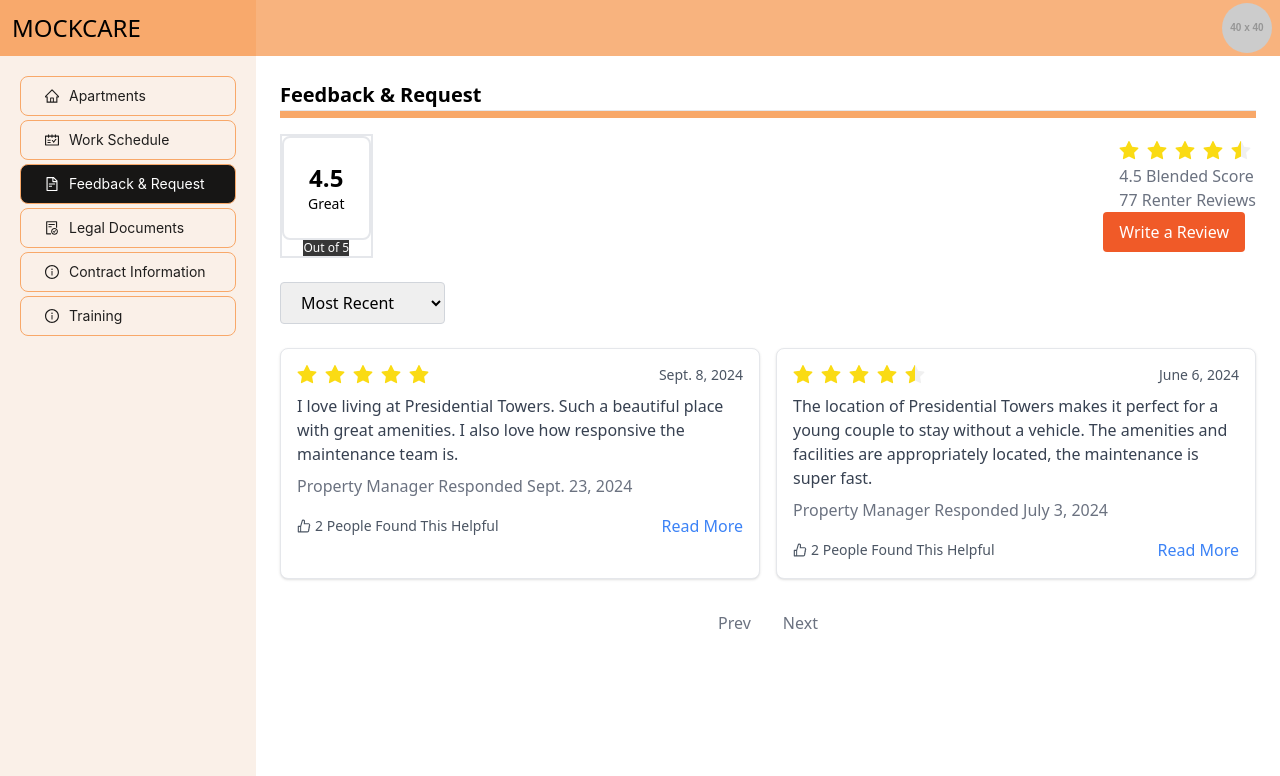
Repository: dunh-real/MockProject_102024_Nhom4
Page: / (app in frontend/)
An editor plug-in stored every save of this project. The page is shown before and after the next save, followed by the edit.
The browser window is 1280 px wide. The pictures show the whole page.
The project was rebuilt for these pictures with package versions that can differ from the ones it lists, and the page was loaded fresh each time. Also part of the build but not shown: frontend/vite.config.js, frontend/vite.config.ts, frontend/src/App.css, frontend/src/component/ReviewModal.tsx.

Above is the page before, as saved 2024-10-09 13:08:05.

### frontend/src/App.tsx

import './App.css'
import ReviewList from './pages/Feedback&Request/Feedback&Request'
// import LoginForm from './pages/Login/Login'

function App() {


  return (
    <>
      {/* <LoginForm/> */}
      <ReviewList/>
    </>
  )
}

export default App

### frontend/src/pages/Feedback&Request/Feedback&Request.tsx
import React, { useState } from 'react';
import { Rate } from 'antd'; // Dùng Antd cho Rate, có thể thay thế bằng biểu tượng của Tailwind nếu cần
import { LikeOutlined } from '@ant-design/icons';
import ReviewModal from '../../component/ReviewModal';
import Sidebar from '../../component/Sidebar';

interface Review {
    date: string;
    rating: number;
    text: string;
    managerResponse: string;
    helpfulCount: number;
}

const reviews: Review[] = [
    {
        date: 'Sept. 8, 2024',
        rating: 5,
        text: 'I love living at Presidential Towers. Such a beautiful place with great amenities. I also love how responsive the maintenance team is.',
        managerResponse: 'Property Manager Responded Sept. 23, 2024',
        helpfulCount: 2,
    },
    {
        date: 'June 6, 2024',
        rating: 4.5,
        text: 'The location of Presidential Towers makes it perfect for a young couple to stay without a vehicle. The amenities and facilities are appropriately located, the maintenance is super fast.',
        managerResponse: 'Property Manager Responded July 3, 2024',
        helpfulCount: 2,
    },
];

const ReviewList: React.FC = () => {
    const [showModal, setShowModal] = useState<boolean>(false);
    const [page, setPage] = useState<number>(1);

    const handlePageChange = (page: number) => {
        setPage(page);
    };

    const handleSortChange = (value: string) => {
        console.log(`Sort by: ${value}`);
    };

    return (
        <div className=" min-h-screen  bg-gray-50">
            <div className='flex  bg-[#f8a769d9]  justify-between items-center'>
                <div className=' bg-[#f8a769d9] p-3 w-1/5'>
                    <h1 className='text-2xl'>MOCKCARE</h1>
                </div>
                <div className="flex  justify-end">
                    <img
                        src="https://via.placeholder.com/40"
                        alt="Avatar"
                        className="rounded-full w-[50px] h-[50px] mr-2"
                    />
                </div>
            </div>
            <div className="flex">
                <Sidebar />
                <div className="w-4/5 p-6 bg-white">
                    <div className='mb-4'>
                        <h2 className='text-[20px] font-bold'>Feedback & Request</h2>
                        <hr className='h-[8px] bg-[#F8A869]' />
                    </div>
                    <div className="flex justify-between items-center mb-6">
                        <div className="flex flex-col border-2  items-center">
                            <div className=" text-center border-2  p-6 rounded-lg">
                                <div className=''>
                                    <p className="text-2xl font-bold">4.5</p>
                                    <p className="text-sm">Great</p>
                                </div>

                            </div>
                            <div className="text-xs   bg-[#000000c8]">
                                <p className='text-white'>Out of 5</p>
                            </div>
                        </div>
                        <div>
                            <div className="ml-4">
                                <Rate allowHalf defaultValue={4.5} disabled />
                                <div className="text-gray-500">4.5 Blended Score</div>
                                <div className="text-gray-500">77 Renter Reviews</div>
                            </div>
                            <button
                                onClick={() => setShowModal(true)}
                                className="bg-[#f05a28] text-white px-4 py-2 rounded hover:bg-[#f25f30]"
                            >
                                Write a Review
                            </button>
                        </div>
                    </div>
                    <div className="mb-6 flex justify-between">
                        <select
                            onChange={(e) => handleSortChange(e.target.value)}
                            className="border border-gray-300 rounded px-4 py-2"
                        >
                            <option value="recent">Most Recent</option>
                            <option value="highest">Highest Rating</option>
                            <option value="lowest">Lowest Rating</option>
                        </select>
                    </div>
                    <div className="grid grid-cols-1 md:grid-cols-2 gap-4">
                        {reviews.slice((page - 1) * 2, page * 2).map((review, index) => (
                            <div key={index} className="p-4 border border-gray-200 rounded-lg bg-white shadow">
                                <div className="flex justify-between items-center mb-2">
                                    <Rate allowHalf defaultValue={review.rating} disabled />
                                    <span className="text-sm text-gray-600">{review.date}</span>
                                </div>
                                <p className="text-gray-700">{review.text}</p>
                                <p className="text-gray-500 mt-2">{review.managerResponse}</p>
                                <div className="flex justify-between items-center mt-4">
                                    <div className="flex items-center text-sm text-gray-600">
                                        <LikeOutlined className="mr-1" />
                                        {review.helpfulCount} People Found This Helpful
                                    </div>
                                    <button className="text-blue-500">Read More</button>
                                </div>
                            </div>
                        ))}
                    </div>
                    <div className="flex justify-center mt-6">
                        <button
                            onClick={() => handlePageChange(page - 1)}
                            className="px-4 py-2 text-gray-500"
                            disabled={page === 1}
                        >
                            Prev
                        </button>
                        <button
                            onClick={() => handlePageChange(page + 1)}
                            className="px-4 py-2 text-gray-500"
                        >
                            Next
                        </button>
                    </div>
                </div>
            </div>
            {showModal && <ReviewModal setShowModal={setShowModal} />}
        </div>
    );
};

export default ReviewList;

### frontend/src/component/Sidebar.tsx
import { Menu } from 'antd';
import { HomeOutlined, ScheduleOutlined, FileTextOutlined, FileDoneOutlined, InfoCircleOutlined } from '@ant-design/icons';

const Sidebar = () => {
  return (
    <div style={{ width: '20%', minHeight: '100vh', backgroundColor: '#FAF0E8', padding: '1rem' }}>
      <Menu
        defaultSelectedKeys={['feedback']}
        mode="inline"
        style={{ backgroundColor: '#FAF0E8', borderRight: 0 }}
      >
        <Menu.Item
          key="apartments"
          icon={<HomeOutlined />}
          style={{
            padding: '12px 24px',
            border:1, borderStyle:'solid', borderColor:'#F8A869'
          }}
        >
          Apartments
        </Menu.Item>
        <Menu.Item
          key="schedule"
          icon={<ScheduleOutlined />}
          style={{
            padding: '12px 24px',
            border:1, borderStyle:'solid', borderColor:'#F8A869'
          }}
        >
          Work Schedule
        </Menu.Item>
        <Menu.Item
          key="feedback"
          icon={<FileTextOutlined />}
          style={{
            backgroundColor: '#171615',
            color: 'white',
            padding: '12px 24px',
            border:1, borderStyle:'solid', borderColor:'#F8A869'
          }}
        >
          Feedback & Request
        </Menu.Item>
        <Menu.Item
          key="legal"
          icon={<FileDoneOutlined />}
          style={{
            padding: '12px 24px',
            border:1, borderStyle:'solid', borderColor:'#F8A869'
          }}
        >
          Legal Documents
        </Menu.Item>
        <Menu.Item
          key="contract"
          icon={<InfoCircleOutlined />}
          style={{
            padding: '12px 24px',
            border:1, borderStyle:'solid', borderColor:'#F8A869'
          }}
        >
          Contract Information
        </Menu.Item>
        <Menu.Item
          key="training"
          icon={<InfoCircleOutlined />}
          style={{
            padding: '12px 24px',
            border: 1, borderStyle: 'solid', borderColor: '#F8A869'
          }}
        >
          Training
        </Menu.Item>
      </Menu>
    </div>
  );
};

export default Sidebar;

Loaded but not shown: frontend/index.html (common file); frontend/src/main.jsx (common file); frontend/src/index.css (common file); frontend/tailwind.config.js (common file)

After the next save:
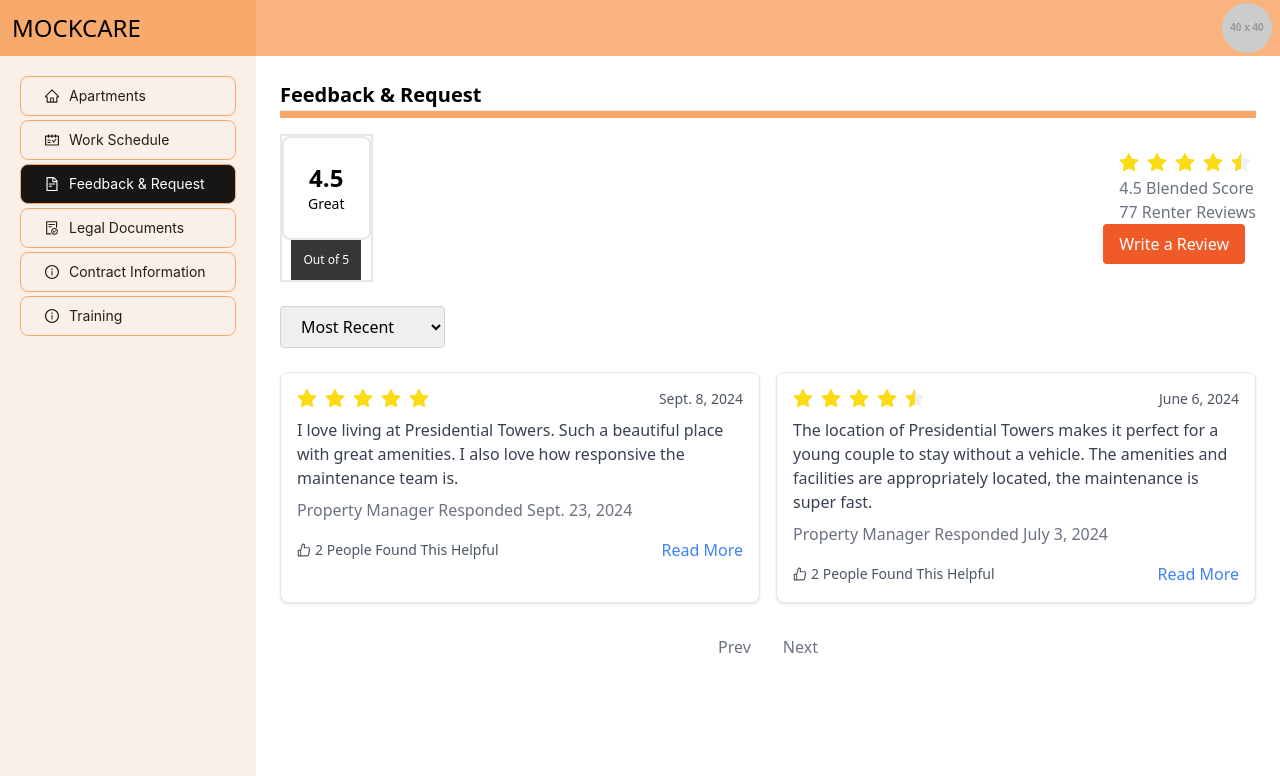
Saved 5 s later.
--- a/frontend/src/pages/Feedback&Request/Feedback&Request.tsx
+++ b/frontend/src/pages/Feedback&Request/Feedback&Request.tsx
@@ -72,7 +72,7 @@
 
                             </div>
                             <div className="text-xs   bg-[#000000c8]">
-                                <p className='text-white'>Out of 5</p>
+                                <p className='text-white p-3'>Out of 5</p>
                             </div>
                         </div>
                         <div>

After the save that followed:
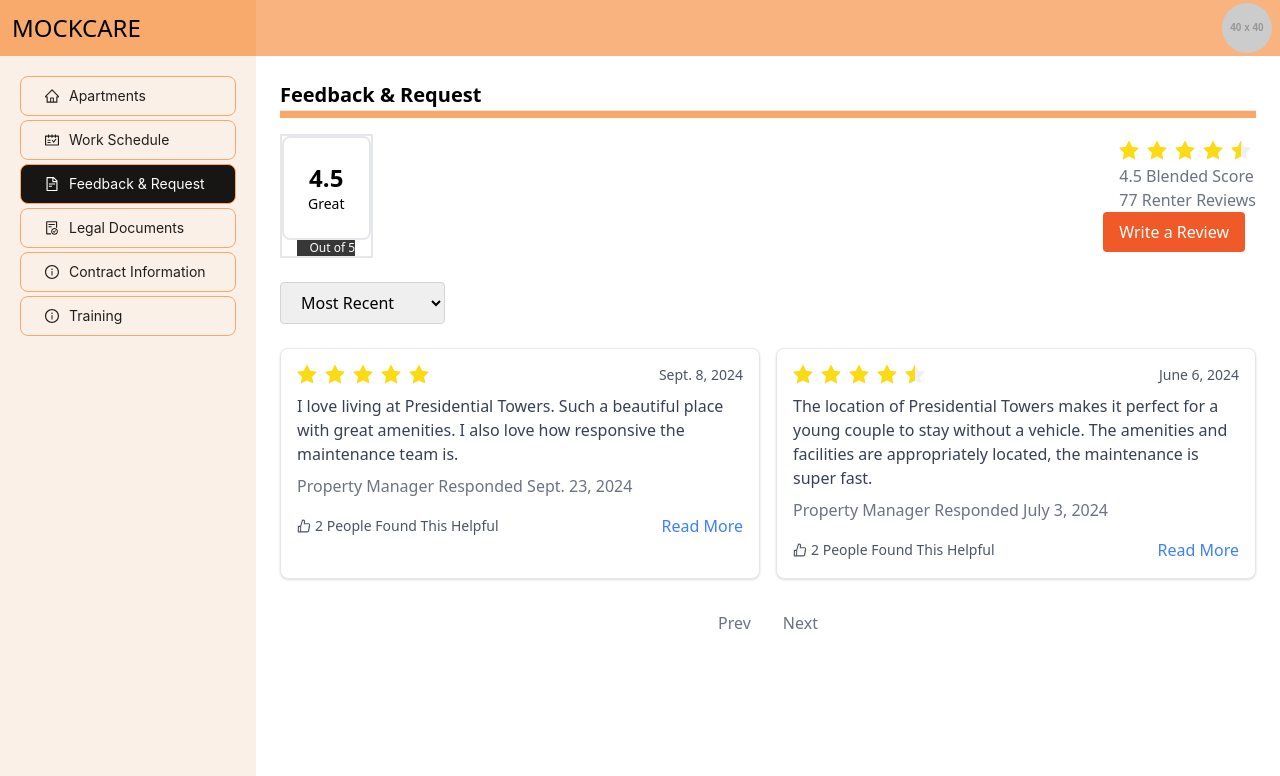
Saved 4 s later.
--- a/frontend/src/pages/Feedback&Request/Feedback&Request.tsx
+++ b/frontend/src/pages/Feedback&Request/Feedback&Request.tsx
@@ -72,7 +72,7 @@
 
                             </div>
                             <div className="text-xs   bg-[#000000c8]">
-                                <p className='text-white p-3'>Out of 5</p>
+                                <p className='text-white pl-3'>Out of 5</p>
                             </div>
                         </div>
                         <div>
